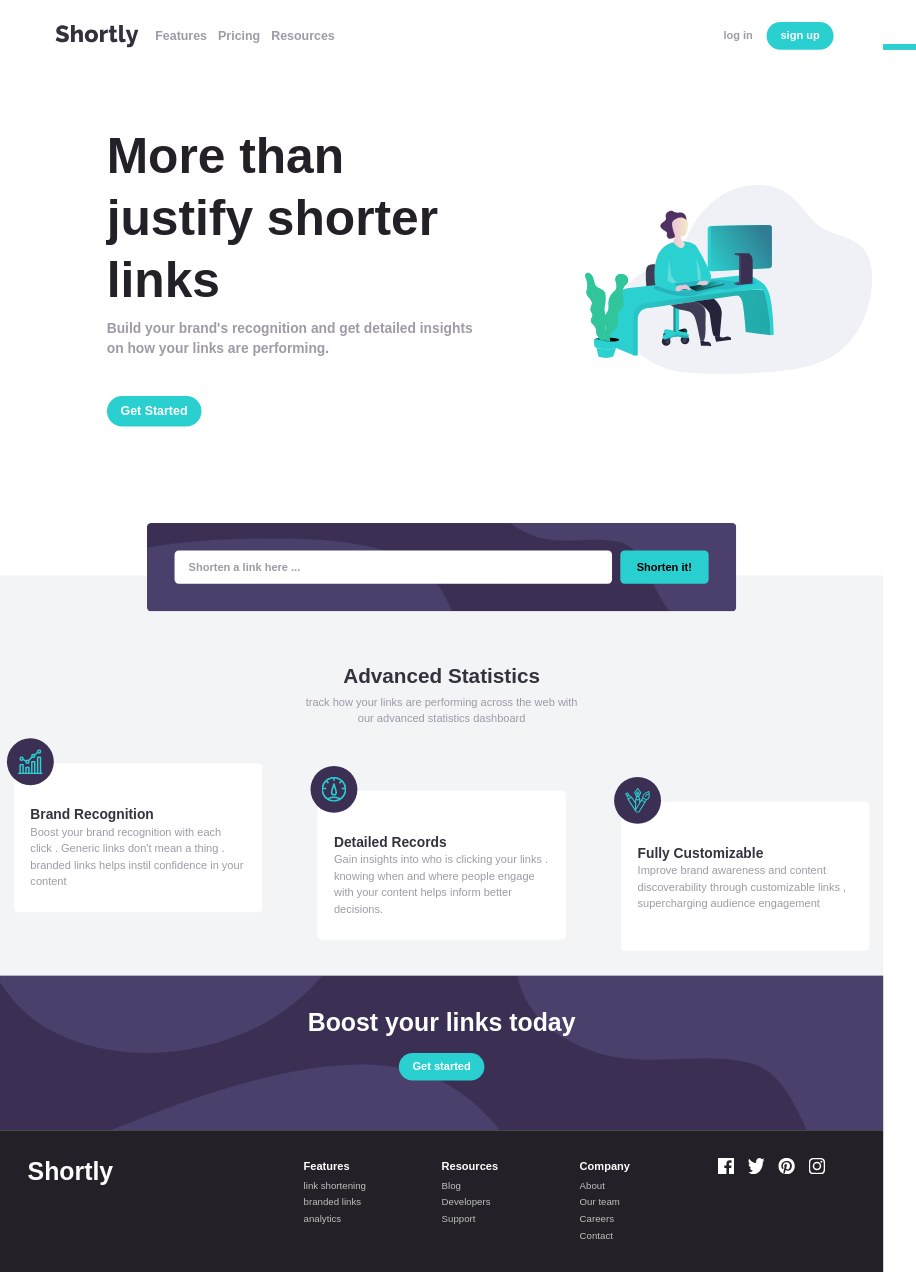
Repository: ayakhaled0001/URL_shortening
Page: /
These files come from the project's save history. The page is drawn as it stood at one moment and after the next save; the edit follows.
The browser window is 1280 px wide. The page is 1328 px wide, then 1280 px, so the pictures cover 1328 px, including what lies to the right of the window. The pictures show the whole page, at 69% of full size.
The project was rebuilt for these pictures with package versions that can differ from the ones it lists, and the page was loaded fresh each time. Also part of the build but not shown: vite.config.js.

Above is the page before, as saved 2025-10-18 04:57:17.

After the next save:
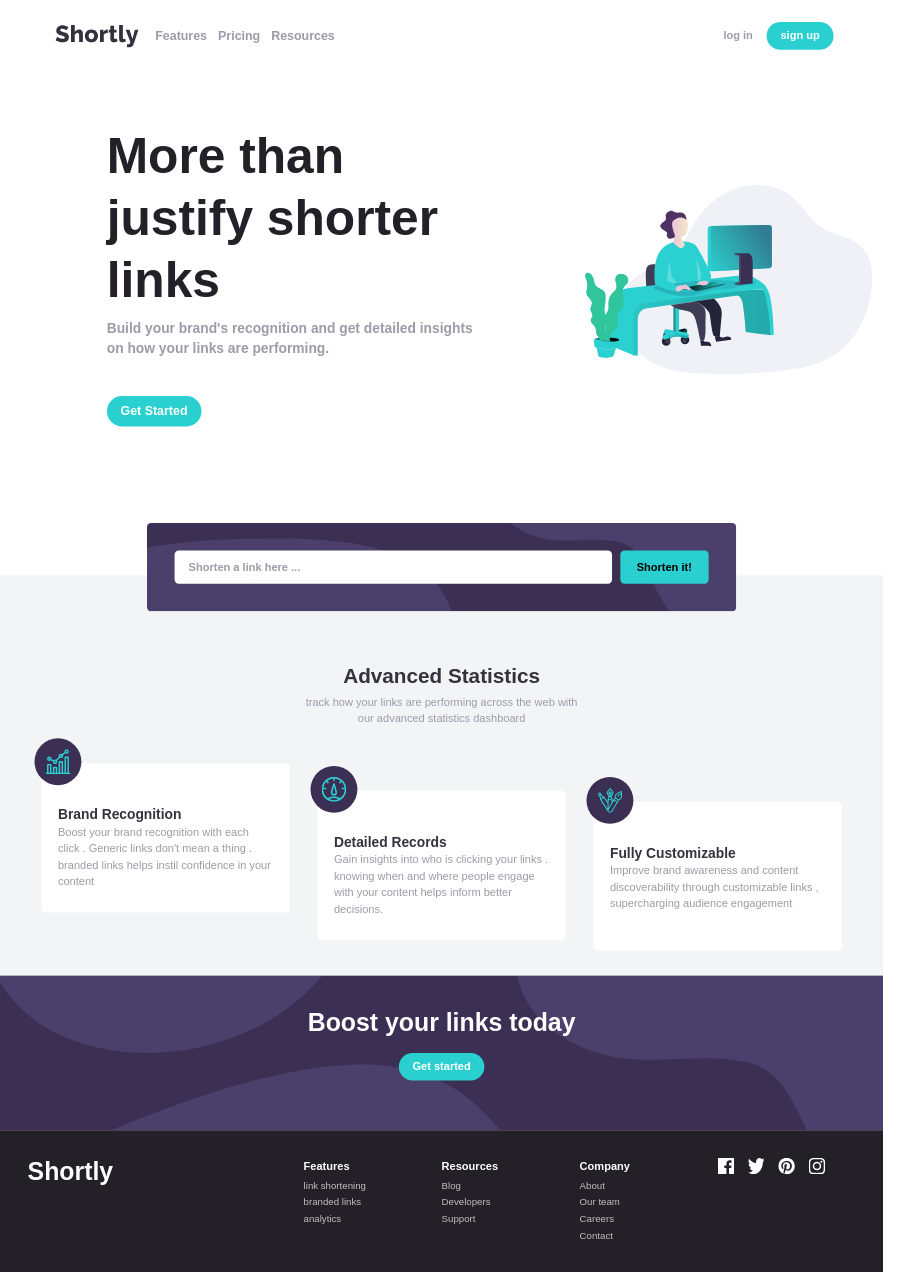
Saved 4 s later.
--- a/src/components/AdvancedStatistics.jsx
+++ b/src/components/AdvancedStatistics.jsx
@@ -24,7 +24,6 @@ function AdvancedStatistics() {
             mean a thing . branded links helps instil confidence in your content
           </p>
         </div>
-        <div className="hidden lg:block before:content-[''] after:content-[''] before:h-2 after:h-2 before:w-12 after:w-12 before:bg-Blue-400 after:bg-Blue-400 before:absolute after:absolute before:-left-12 after:-right-12 before:-z-10 after:-z-10 after:top-16"></div>
         <div className="w-full md:w-80 lg:w-90 translate-y-0 lg:translate-y-10 bg-white rounded-md px-6 pt-15 pb-8 relative mx-auto md:mx-0">
           <div className="absolute -top-9 left-1/2 transform -translate-x-1/2 md:left-6 md:transform-none inline-block bg-Purple-950 p-4 rounded-full">
             <img src="images/icon-detailed-records.svg" className="w-9" />
@@ -38,7 +37,6 @@ function AdvancedStatistics() {
             where people engage with your content helps inform better decisions.
           </p>
         </div>
-        <div className="hidden lg:block before:content-[''] after:content-[''] before:h-2 after:h-2 before:w-12 after:w-12 before:bg-Blue-400 after:bg-Blue-400 before:absolute after:absolute before:-left-12 after:-right-12 before:-z-10 after:-z-10 after:top-16"></div>
         <div className="w-full md:w-80 lg:w-90 translate-y-0 lg:translate-y-14 bg-white rounded-md px-6 pt-15 pb-8 relative mx-auto md:mx-0">
           <div className="absolute -top-9 left-1/2 transform -translate-x-1/2 md:left-6 md:transform-none inline-block bg-Purple-950 p-4 rounded-full">
             <img src="images/icon-fully-customizable.svg" className="w-9" />
